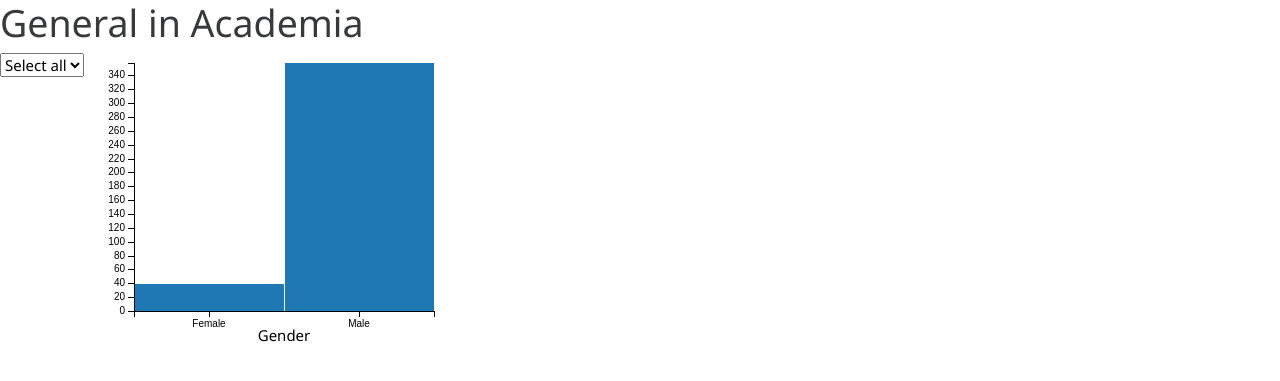
Repository: Skillabill/dashboard
Page: index.html
The author's editor kept a record of every edit. The page is drawn from the files as they stood at one moment, then again after the next edit.
The browser window is 1280 px wide. The pictures show the whole page.

Above is the page before.
Console error: TypeError: Cannot read properties of null (reading 'textContent')

### index.html
<!DOCTYPE html>
<html lang="en">
<head>
    <meta charset="UTF-8">
    <meta name="viewport" content="width=device-width, initial-scale=1.0">
    <meta http-equiv="X-UA-Compatible" content="ie=edge">
    <title>General in Academia</title>

    <link rel="stylesheet" href="static/css/bootstrap.min.css" type="text/css" />
    <link rel="stylesheet" href="static/css/dc.min.css" type="text/css" />

    <script type="text/javascript" src="static/js/d3.min.js"></script>
    <script type="text/javascript" src="static/js/crossfilter.min.js"></script>
    <script type="text/javascript" src="static/js/dc.min.js"></script>
    <script type="text/javascript" src="static/js/queue.min.js"></script>
    <script type="text/javascript" src="static/js/graph.js"></script>
</head>
<body>
    <h1>General in Academia</h1>

    <div id = "discipline-selector"></div>

    <div id="gender-balance"></div>

</body>
</html>

### static/js/graph.js
queue()
    .defer(d3.csv, "data/Salaries.csv")
    .await(makeGraphs);

function makeGraphs(error, salaryData) {
    var ndx = crossfilter(salaryData);

    salaryData.forEach(function(d){
        d.salary = parseInt(d.salary);
    })

    show_discipline_selector(ndx);
    show_gender_balance(ndx);
    show_average_salaries(ndx);
    show_rank_distribution(ndx);

    dc.renderAll();
}

function show_discipline_selector(ndx){
    dim = ndx.dimension(dc.pluck('discipline'));
    group = dim.group()

    dc.selectMenu("#discipline-selector")
    .dimension(dim)
    .group(group);
}

function show_gender_balance(ndx){
    var dim = ndx.dimension(dc.pluck('sex'));
    var group = dim.group();

    dc.barChart("#gender-balance")
        .width(400)
        .height(300)
        .margins({top: 10, right: 50, bottom: 30, left: 50})
        .dimension(dim)
        .group(group)
        .transitionDuration(500)
        .x(d3.scale.ordinal())
        .xUnits(dc.units.ordinal)
        .xAxisLabel("Gender")
        .yAxis().ticks(20);
}


function show_average_salaries(ndx){
    var dim = ndx.dimension(dc.pluck('sex'));

    function add_item(p, v){
       p.count++;
       p.total += v.salary;
       p.average = p.total / p.count;
       return p;
    }

    function remove_item(p, v){
        p.count --;
        if(p.count == 0){
            p.total = 0;
            p.average = 0;
        } else {
        p.total -= v.salary;
        p.average = p.total / p.count;
    }
    return p;
}

    function initialise(){
        return {count: 0, total: 0, average: 0};
    }

    var averageSalaryByGender = dim.group().reduce(add_item, remove_item, initialise);

    dc.barChart("#average-salary")
        .width(400)
        .height(300)
        .margins({top: 10, right: 50, bottom: 30, left: 50})
        .dimension(dim)
        .group(averageSalaryByGender)
        .valueAccessor(function(d){
            return d.value.average.toFixed(2);
        })
        .transitionDuration(500)
        .x(d3.scale.ordinal())
        .xUnits(dc.units.ordinal)
        .elasticY(true)
        .xAxisLabel("Gender")
        .yAxis().ticks(4);
}

function show_rank_distribution(ndx){
    var dim = ndx.dimension(dc.pluck("sex"));

    var profByGender = dim.group().reduce(
        function(p, v) {
            p.total++;
            if(v.rank == "Prof") {
                p.match++;
            }
            return p;
        },
        function(p, v) {
            p.total--;
            if(v.rank == "Prof"){
                p.match--;
            }
            return p;
        },
        function () {
            return {total: 0, match: 0};
        })
}

Loaded but not shown: static/css/bootstrap.min.css (library); static/css/dc.min.css (library); static/js/d3.min.js (library); static/js/crossfilter.min.js (library); static/js/dc.min.js (library); static/js/queue.min.js (common file)

After the next edit:
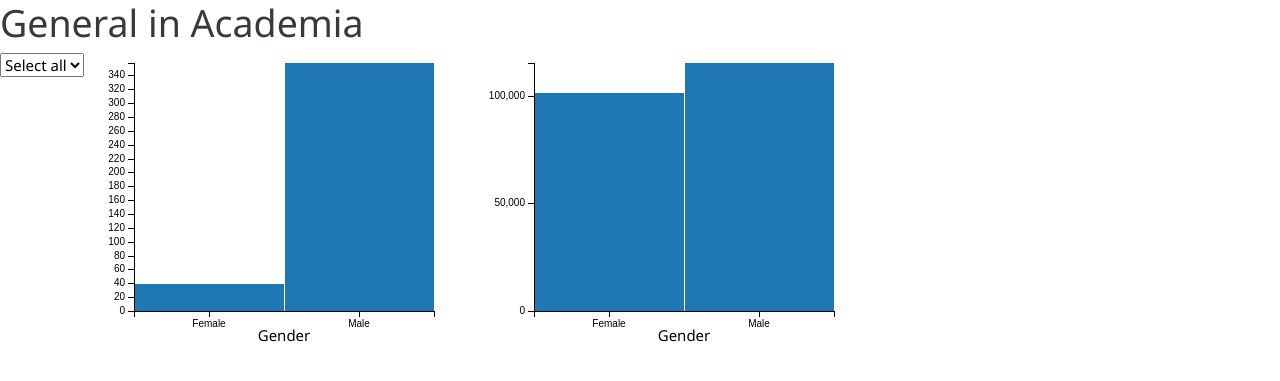
The error is gone.
The edit:
--- a/index.html
+++ b/index.html
@@ -22,5 +22,8 @@
 
     <div id="gender-balance"></div>
 
+    <div id = "average-salary"></div>
+
+    <div id = "rank-distribution"></div>
 </body>
 </html>
